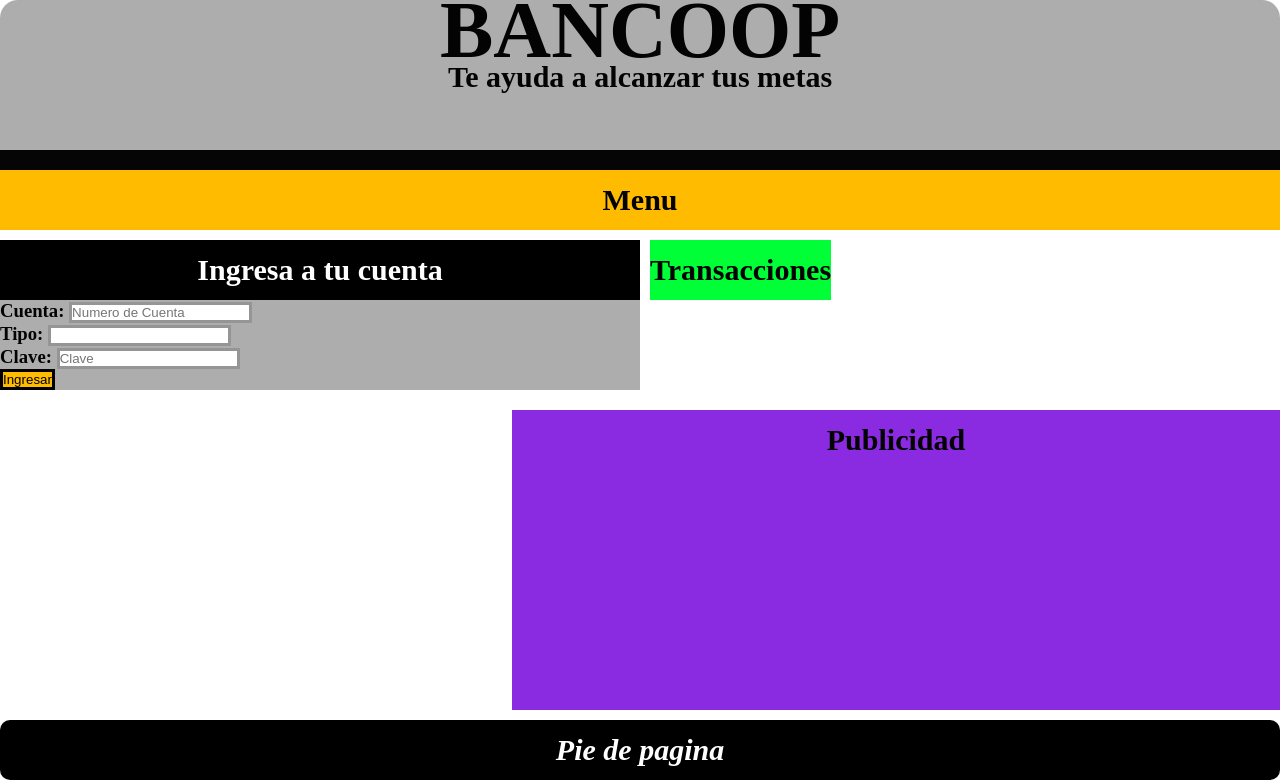
Repository: NickArregoces/BANCOOP
Page: Index.html
An editor plug-in stored every save of this project. The page is shown before and after the next save, followed by the edit.
The browser window is 1280 px wide. The pictures show the whole page.

Above is the page before, as saved 2021-09-29 16:43:07.

### Index.html
<!DOCTYPE html>
<html lang="en">
<head>
    <meta charset="UTF-8">
    <meta http-equiv="X-UA-Compatible" content="IE=edge">
    <meta name="viewport" content="width=device-width, initial-scale=1.0">
    <title>BANCOOP Home</title>
    <link rel="stylesheet" href="/CSS/Style.css">
</head>
<body>
    <div id="contenido">
        <header>
            <link rel="stylesheet" href="">
            <h1>BANCOOP</h1>
            <h3>Te ayuda a alcanzar tus metas</h3>
        </header>
        <nav class="barra">

        </nav>
        <nav class="Menu">
            <h2>Menu</h2>
        </main>

        <div id="form">
            <form action="" class="login">
                <h2 style="color: white;">Ingresa a tu cuenta</h2>
                <h3 >Cuenta:  <input type="number" placeholder="Numero de Cuenta"></h3>

                <h3>Tipo: <input type="text"></h3>

                <h3>Clave: <input type="password" placeholder="Clave"></h3>
                <button class="sumbit"> Ingresar </button>
            </form>

                    <section  id="Transacciones">
                        <article>
                            <h2>Transacciones</h2>
                        </article>
                    </section>

                    <div>
                        <aside>
                            <h2>Publicidad</h2>
                        </aside>

                            <footer>
                                <h2>Pie de pagina</h2>
                            </footer>
                    </div>

        </div>
    </div>

</body>
</html>

### CSS/Style.css

*{
    margin: 0px;
    padding: 0px;
}
body{
    background: rgb(255, 255, 255);
    color: rgb(3, 3, 3);
}
header{
    width: 100%;
    margin: auto;
    background: rgb(173, 173, 173);
    border-top-left-radius:  18px;
    border-top-right-radius:  18px;
    height: 150px;
}
    header h1{
        font-size: 80px;
        text-align: center;
        line-height: 60px;
    }
    header h3{
        font-size: 30px;
        text-align: center;

}
nav.barra{
    background: rgb(5, 5, 5);
    height: 20px;
}

nav.Menu{
    background: rgb(255, 187, 0);
    height: 60px;
}
    nav.Menu h2{
        font-size: 30px;
        text-align: center;
        line-height: 60px;
}
form{
    border-top-left-radius: 18px;
    border-top-left-radius: 10px;
    background: rgb(173, 173, 173);
    float: left;
    width: 50%;
    margin-top: 10px;
    margin-right:10px;
    margin-bottom: 10px;
    height: fit-content;
}
    .login h2{
        text-align: center;
        background: black;
    }
    form input{
        border: solid rgb(149, 149, 149);
    }
    button{
        background-position: center;
        background: rgb(255, 187, 0);
        border: solid black;
    }

article {
    float:left;
    background: rgb(0, 255, 55);
    margin-top: 10px;
    margin-right:10px;
    margin-bottom: 10px;
}
    article h2{
        font-size: 30px;
        text-align: center;
        line-height: 40px;

    }
aside{
    width: 60%;
    height: 300px;
    background: blueviolet;
    margin-top: 10px;
    float: right;
    margin-bottom: 10px;
}
aside h2{
    font-size: 30px;
    text-align: center;
    line-height: 40px;
}
footer{
    background: black;
    clear: both;
    border-radius: 10px;
}
footer h2{
    font-size: 30px;
    text-align: center;
    line-height: 40px;
    color: white;
    font-style:italic;

}

After the next save:
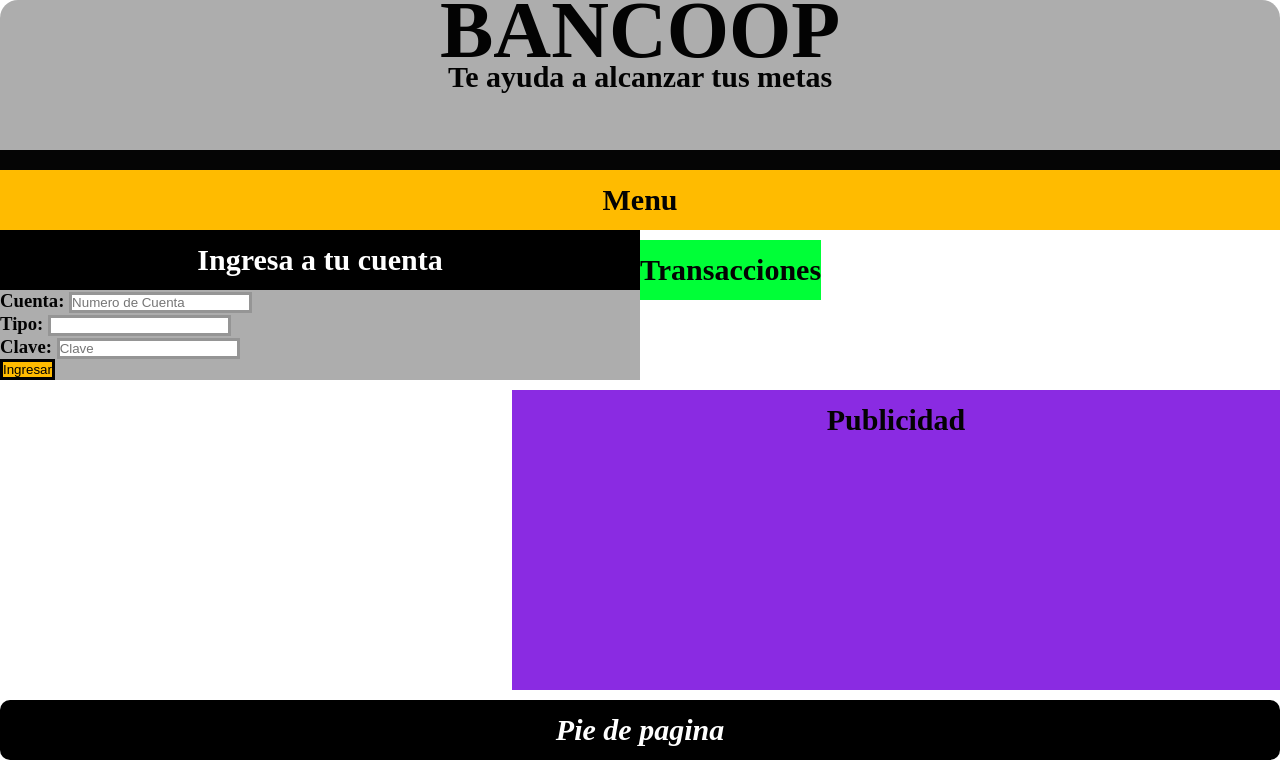
Saved 16 s later.
--- a/CSS/Style.css
+++ b/CSS/Style.css
@@ -45,10 +45,7 @@ form{
     background: rgb(173, 173, 173);
     float: left;
     width: 50%;
-    margin-top: 10px;
-    margin-right:10px;
-    margin-bottom: 10px;
-    height: fit-content;
+
 }
     .login h2{
         text-align: center;
